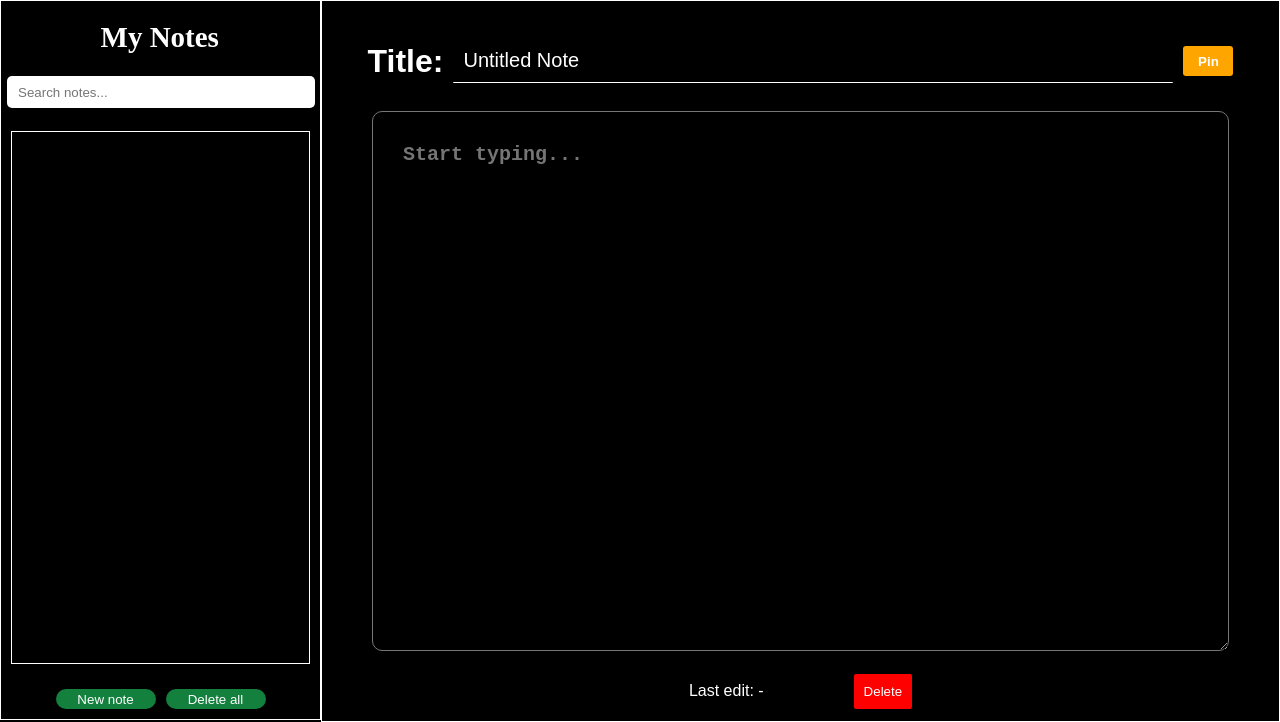
Repository: dmpelaez/myNotes
Page: QuickNotes.html
The author's editor kept a copy of each file at every save. The page is drawn from the files as they stood at one save, then again after a run of saves.
The browser window is 1280 px wide. The pictures show the whole page.

Above is the page before, as saved 2025-12-19 13:16:17.

### QuickNotes.html
<!DOCTYPE html>

  <html>

    <head>

      <title>Quick Notes</title>

      <!--CSS LINK-->
      <link rel="stylesheet" href="QuickNotes.css">
    </head>
    <body>

      <!--Note section-->
      <aside class="aside-section">

        <!--My notes part-->
        <div class="myNotes">
          <p class="my-notes-text">My Notes</p>
        </div>
        <!--Search notes-->
        <div class="input-box">
          <input class="input" placeholder="Search notes..." oninput="renderNotes()">
        </div>
        <!--Notes-->
        <div class="note-list"></div>
        <!--add button-->
        <div class="btns">
          <button class="add-button" onclick="addNote()">New note</button>
          <button class="delete-button" onclick="deleteAll()">Delete all</button>
        </div>

      </aside>

      <!---Typing section-->
      <main class="main-section">

        <!--Header-->
        <div class="header-section">
          <h1>Title:</h1>
          <input class="title-notes" placeholder="Untitled Note" oninput="currentUpdate()">
          <button class="pin-btn" onclick="togglePin()">Pin</button>
        </div>

        <!--text area-->
        <div class="texting-area">
          <textarea class="textarea" placeholder="Start typing..." oninput="currentUpdate()"></textarea>
        </div>

        <!---Delete button-->
        <div class="delete">
          <span class="edit">Last edit: -</span>
          <button class="delete-btn" onclick="showModal()">Delete</button>
        </div>

        <div class="delete-confirm">

          <div class="modal-delete">
            <h1>Are you sure?</h1>
            <p class="sure-text">Are you sure you want to delete the note permanently?</p>
            You can't undo this action.
          </div>

          <!--delete and cancel button-->
          <div class="btn-section">
            <button class="cancel-btn" onclick="cancelModal()">Cancel</button>
            <button class="remove-btn" onclick="remove()">Remove</button>
          </div>


        </div>

      </main>

    <script src="QuickNote.js"></script>
    </body>

  </html>

### QuickNotes.css
body {
  margin: 0;
  padding: 0;
  background: black;
  box-sizing: border-box;
  display: Flex;
  height: 100vh;
}
* {
  color: rgb(255, 255, 255);
}
.aside-section {
  border: 1px solid white;
  display: grid;
  width: 400px;
  grid-template-rows: 40px 30px 1fr 20px;
  padding: 10px;
  gap: 25px;

}

.my-notes-text {
  display: flex;
  margin: 0px;
  justify-self: center;
  align-self: center;
  margin-top: 10px;
}
.note-list {
  flex: 1;
  overflow-y: auto;
 overflow-x: none;
 border: 1px solid white;

}
.note-list::-webkit-scrollbar {
  display: none;
}

.note-item {
  border: 1px solid #333;
  padding: 1rem;
  position: relative;
  display: flex;
  flex-direction: column;
}
.note-item.active {
  background-color: #333;

}

.note-item h1 {
  font-size: 0.8rem;
  word-wrap: break-word;
  overflow-wrap: break-word;

}
.icon-pin {
  color: rgb(250, 0, 0);
  position: absolute;
  right: 0;
  bottom: 54%;
}

.my-notes-text {
  font-weight: bold;
  font-size: 29px;
  flex-shrink: 0;
  width: 120px;
}

.input {
  color: black;
  display: flex;
  align-self: center;
  justify-self: center;
  Width: 99%;
  height: 100%;
  border-radius: 5px;
  border: none;
  outline: none;
  padding-left: 10px;
  margin-left: 1px;
}
.input::placeholder {
  padding-left: 1px;

}

.add-button {
  width: 100px;
  display: flex;
  justify-self: center;
  background: rgb(19, 128, 61);
  border: none;
  border-radius: 10px;
  color: white;
  font-family: arial;
  align-items: center;
  justify-content: center;
  cursor: pointer;
}

.btns {
  display: flex;
  justify-content: center;
  gap: 10px;
}
.delete-button {
   width: 100px;
  display: flex;
  justify-self: center;
  background: rgb(19, 128, 61);
  border: none;
  border-radius: 10px;
  color: white;
  font-family: arial;
  align-items: center;
  justify-content: center;
  cursor: pointer;
}


.main-section {

  left: 26.5%;
  border: 1px solid white;
  right: 0px;
  height: 100%;
  display: grid;
  grid-template-rows: 70px 1fr 30px;
  gap: 40px;
  width: 100%;
}

.header-section {
  display: flex;
  justify-self: center;
  align-self: center;
  gap: 10px;
  margin-top: 50px;
  align-items: center;
  padding-left: 20px;
  padding-right: 20px;
}
.title-notes {
  width: 700px;
  padding: 10px;
  border-radius: 1px;
  background: none;
  border: none;
  border-bottom: 1px solid white;
  outline: none;
 font-size: 20px;
 font-family: arial;
}

.title-notes::placeholder {
  color: white;
  font-family: arial;
  font-size: 20px;

}

.pin-btn {
  background: orange;
  border: none;
  border-radius: 3px;
  font-family: arial;
  font-weight: bold;
  width: 50px;
  height: 30px
}

.texting-area {
  display: flex;
  padding-right: 50px;
  padding-left: 50px;
}
.textarea {
  background: black;
  outline: none;
  display: flex;
  width: 100%;
  padding-left: 30px;
  padding-right: 80px;
  padding-top: 30px;
  line-height: 25px;
  font-size: 20px;
  font-weight: bold;
  border-radius: 10px;
}

.delete {
  display: flex;
  justify-content: center;
  align-items: center;
  gap: 90px;
  margin-bottom: 40px;

}
.delete-btn {
  background: red;
  border: none;
  border-radius: 2px;
  padding: 10px;
  cursor: pointer;
}
.edit {
  font-family: arial;
}

.delete-confirm {
  display: none;
  pointer-events: none;

}

.delete-confirm.active {
  position: absolute;
  left: 20%;
  top: 20%;
  display: flex;
  background: rgb(59, 58, 58);
  border-radius: 10px;
  flex-direction: column;
  align-items: center;
  justify-content: center;
  padding: 10px;
  height: 200px;
  pointer-events: auto;
  cursor: pointer;
}
.modal-delete {
  padding: 20px;
  display: flex;
  flex-direction: column;
  align-items: center;
  font-family: arial;

}
h1 {
  display: flex;
  justify-self: center;
  margin: 0px;
  font-family: arial;
}
.sure-text {
  margin: 0px;
  margin-top: 10px;
  font-family: arial;
}


.btn-section {
  display: flex;
  gap: 10px;
}

.cancel-btn {
  background: gray;
  border: none;
  border-radius: 5px;
  font-weight: bold;
  padding: 10px;
  cursor: pointer;
}
.remove-btn {
  background: red;
  border: none;
  border-radius: 5px;
  font-family: arial;
  font-weight: bold;
  cursor: pointer;
}

### QuickNote.js

let notes = JSON.parse(localStorage.getItem('notes') || "[]");
let currentId = null;



//Aside section
const input = document.querySelector('.input');
const noteList = document.querySelector('.note-list');
const addBtn = document.querySelector('.add-button');

//Main section
const titleNotes = document.querySelector('.title-notes');
const pinBtn = document.querySelector('.pin-btn');
const textArea = document.querySelector('.textarea');

//delete button section
const btnDelete = document.querySelector('.delete-btn');
const edit = document.querySelector('.edit');

//delete confirm
const deleteConfirm = document.querySelector('.delete-confirm');

//remove and cancel button
const cancelBtn = document.querySelector('.cancel-btn');
const removeBtn = document.querySelector('.remove-btn');


//save notes


//save storage
function saveNotes() {
  localStorage.setItem('notes', JSON.stringify(notes));
}

function addNote() {
  const newNotes = {
    id: Date.now(),
    title: "",
    content: "",
    date: new Date().toLocaleString(),
    pinned: false
  };
  notes.unshift(newNotes);
  currentId = newNotes.id;
  selectNote(newNotes.id);
  saveNotes();
  renderNotes();
  console.log('working')
}


function renderNotes() {
  const query = input.value.toLowerCase();
  noteList.innerHTML = '';

  const pinned = notes.filter(n => n.pinned);
  const others = notes.filter(n => !n.pinned);

  const filtered = [...pinned, ...others].filter(n =>
    n.title.toLowerCase().includes(query) || n.content.toLowerCase().includes(query)
  );


  for (let note of filtered) {
    const div = document.createElement("div");
    div.className = "note-item" + (note.id === currentId ? " active" : "");
    div.onclick = () => selectNote(note.id);
    div.innerHTML = `
    <h1>${note.title || "Untitled"}</h1>
    <small>${note.date}</small>
    ${note.pinned ? '<span class="icon-pin">📌</span>' : ''}
    `;
    noteList.appendChild(div);

     console.log(div);
  };


}



function selectNote(id){
  currentId = id;
  const note = notes.find(n => n.id === id);
  if (!note) return;
  titleNotes.value = note.title;
  textArea.value = note.content;
  edit.innerText = "Last edited: " + note.date;
  pinBtn.innerHTML = note.pinned ? "Unpin" : "Pin";
  console.log(titleNotes.value);
  renderNotes();
}




function currentUpdate() {
  const note = notes.find(n => n.id === currentId);
  if(!note) return;
  note.title =  titleNotes.value;
  note.content = textArea.value;
  note.date = new Date().toLocaleString();
  edit.innerText = "Last edited: " + note.date;
  renderNotes();
  saveNotes();

}

console.log("Current ID:", currentId);
console.log("Notes:", notes);





function showModal() {
  deleteConfirm.classList.add("active");
}

function cancelModal() {
  deleteConfirm.classList.remove("active");
}

function remove() {
  notes = notes.filter(n => n.id !== currentId);
  currentId = null;
  titleNotes.value = "";
  textArea.value = "";
  edit.innerText = "last edited: -";
  renderNotes();
  cancelModal();
  saveNotes();
  console.log(notes);
}

function togglePin() {
  const note = notes.find(n => n.id === currentId)
  if (!note) return;
  note.pinned = !note.pinned;
  pinBtn.textContent = note.pinned ? "Unpin" : "Pin";
  renderNotes();
  saveStorage();
  console.log('working');
}


renderNotes();

After the next 3 saves:
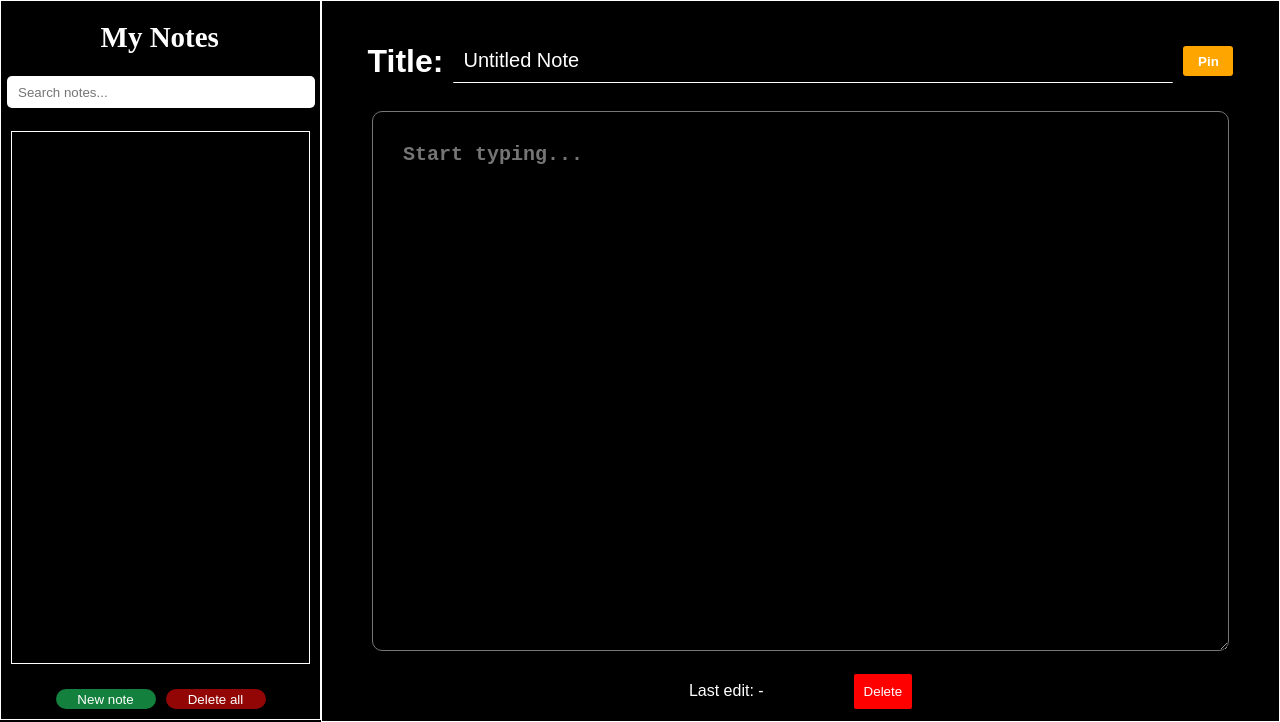
The 3 saves are shown as one change because they came seconds apart.
The last was saved 9 s later.
--- a/QuickNotes.css
+++ b/QuickNotes.css
@@ -110,7 +110,7 @@ body {
    width: 100px;
   display: flex;
   justify-self: center;
-  background: rgb(19, 128, 61);
+  background: rgb(146, 6, 6);
   border: none;
   border-radius: 10px;
   color: white;
